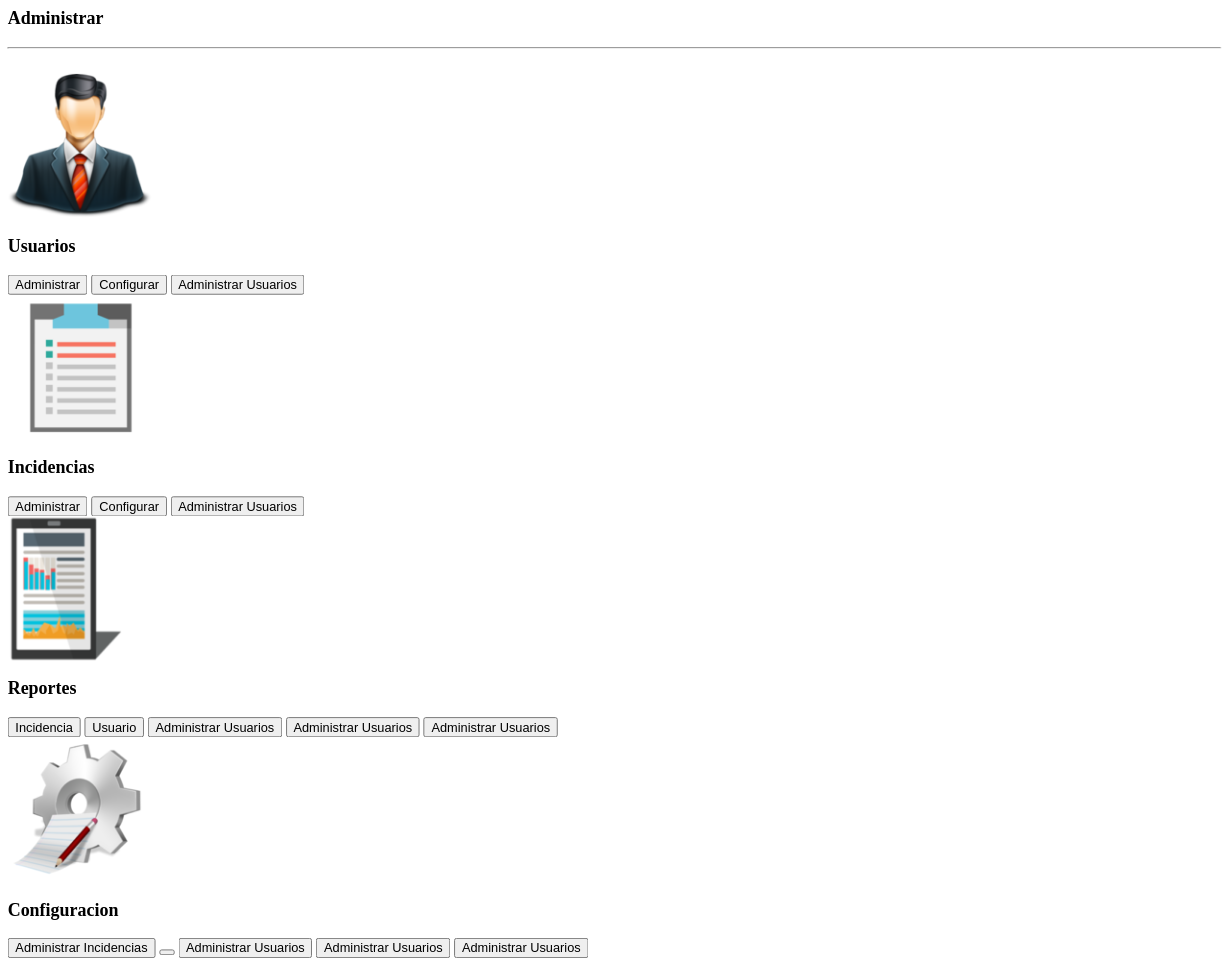
Repository: androla10/ProyectoCibert5to
Page: http://localhost/GDI/Admin/Admin.jsp
These files come from the project's save history. The page is drawn as it stood at one moment and after the next save; the edit follows.
The browser window is 1280 px wide. The pictures show the whole page, at 96% of full size.
The page is served by Tomcat 9. Nobody is signed in. The application's start-up code is not run.

Above is the page before, as saved 2016-04-25 17:52:43.

After the next save:
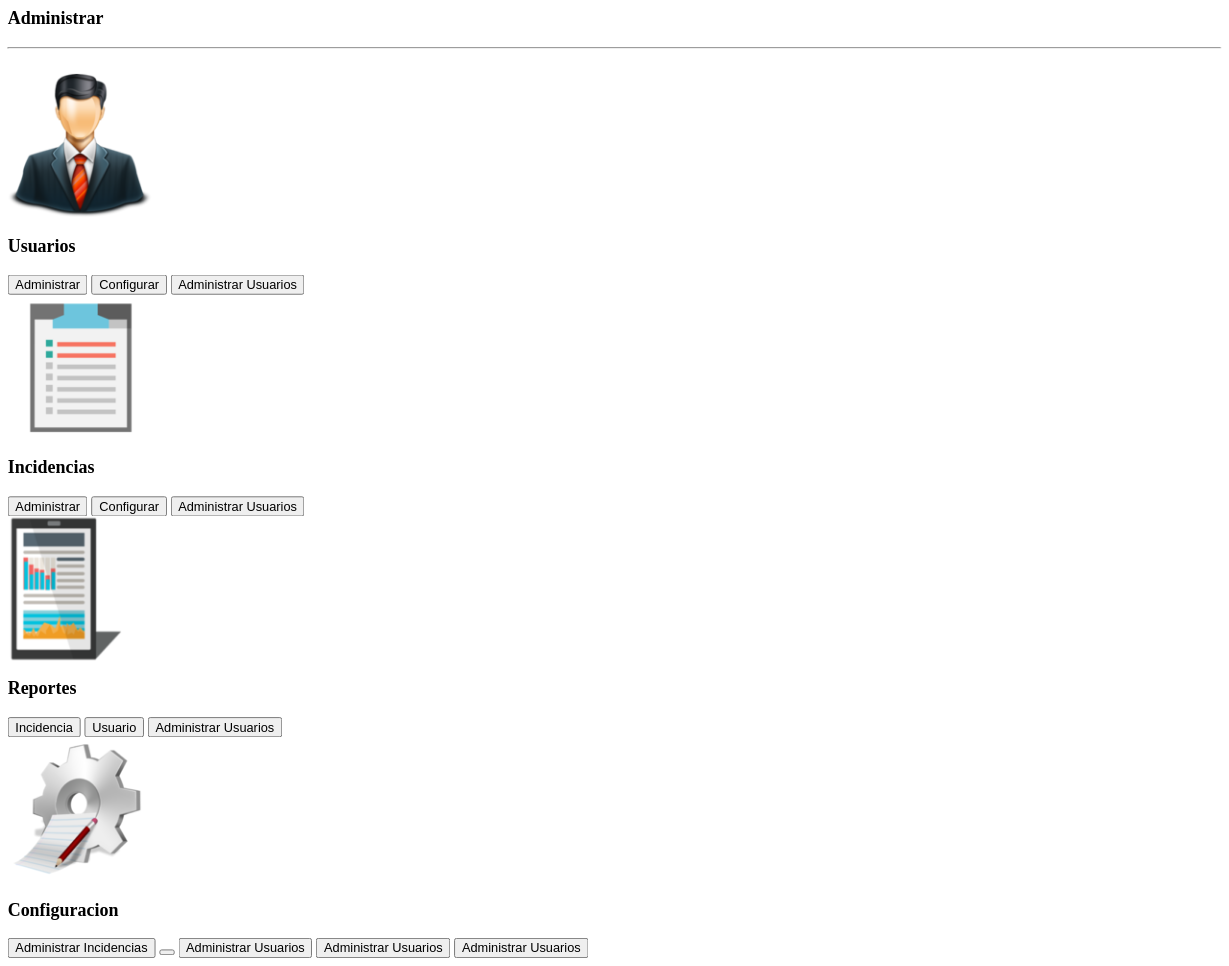
Saved 20 s later.
--- a/GDI/src/main/webapp/Admin/Admin.jsp
+++ b/GDI/src/main/webapp/Admin/Admin.jsp
@@ -38,8 +38,6 @@
 					  <button type="button" class="list-group-item"><i class="fa fa-list-alt fa-1x"></i> Incidencia</button>
 					  <button type="button" class="list-group-item"><i class="fa fa-user fa-1x"></i> Usuario</button>
 					  <button type="button" class="list-group-item"><i class="fa fa-user fa-1x"></i> Administrar Usuarios</button>
-					  <button type="button" class="list-group-item"><i class="fa fa-user fa-1x"></i> Administrar Usuarios</button>
-					  <button type="button" class="list-group-item"><i class="fa fa-user fa-1x"></i> Administrar Usuarios</button>
 					</div>
 				</div>
 			</div>
